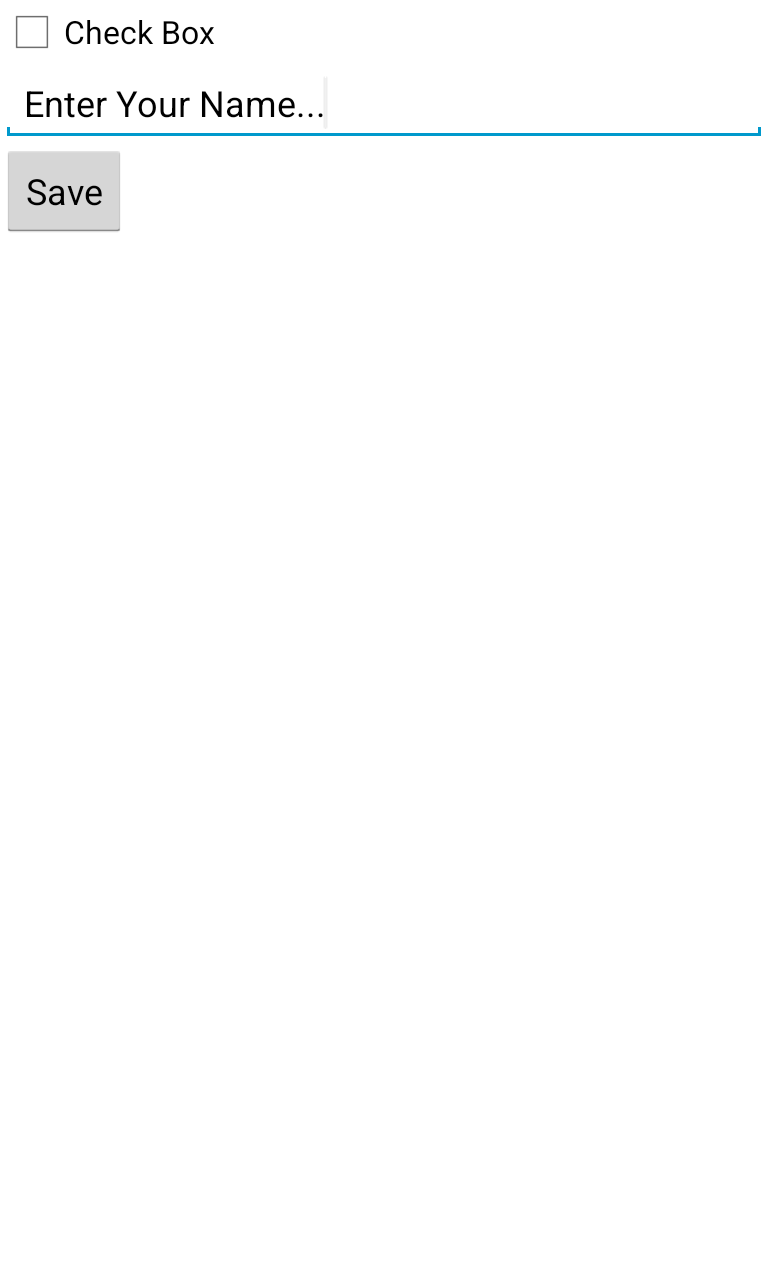
Repository: patheon17/myrepo2
Layout: workspace/UMBusTracker/res/layout/activity_set_plate_num.xml
An editor plug-in stored every save of this project. The layout is shown before and after the next save, followed by the edit.
It is drawn on a 768 x 1280 px phone screen (xhdpi) without system bars, with theme AppTheme; the app's code is not run.

Above is the layout before, as saved 2013-09-29 14:33:29.

### workspace/UMBusTracker/res/layout/activity_set_plate_num.xml
<LinearLayout xmlns:android="http://schemas.android.com/apk/res/android"
    xmlns:tools="http://schemas.android.com/tools"
    android:layout_width="match_parent"
    android:layout_height="match_parent"
    android:orientation="vertical"
    tools:context=".MainActivity" >

    <CheckBox
        android:id="@+id/checkBox1"
        android:layout_width="wrap_content"
        android:layout_height="wrap_content"
        android:text="Check Box" />

    <EditText
        android:id="@+id/editText1"
        android:layout_width="match_parent"
        android:layout_height="wrap_content"
        android:text="Enter Your Name...">

        <requestFocus />
    </EditText>

    <Button
        android:id="@+id/button1"
        android:layout_width="wrap_content"
        android:layout_height="wrap_content"
        android:text="Save" />

</LinearLayout>

### workspace/UMBusTracker/res/values/styles.xml
<resources>

    <!--
        Base application theme, dependent on API level. This theme is replaced
        by AppBaseTheme from res/values-vXX/styles.xml on newer devices.
    -->
    <style name="AppBaseTheme" parent="android:Theme.Light">
        <!--
            Theme customizations available in newer API levels can go in
            res/values-vXX/styles.xml, while customizations related to
            backward-compatibility can go here.
        -->
    </style>

    <!-- Application theme. -->
    <style name="AppTheme" parent="AppBaseTheme">
        <!-- All customizations that are NOT specific to a particular API-level can go here. -->
    </style>
    <color name="appbackground">#BCF5A9</color>

</resources>

Loaded but not shown: workspace/UMBusTracker/res/values-v11/styles.xml (common file); workspace/UMBusTracker/res/values-v14/styles.xml (common file)

After the next save:
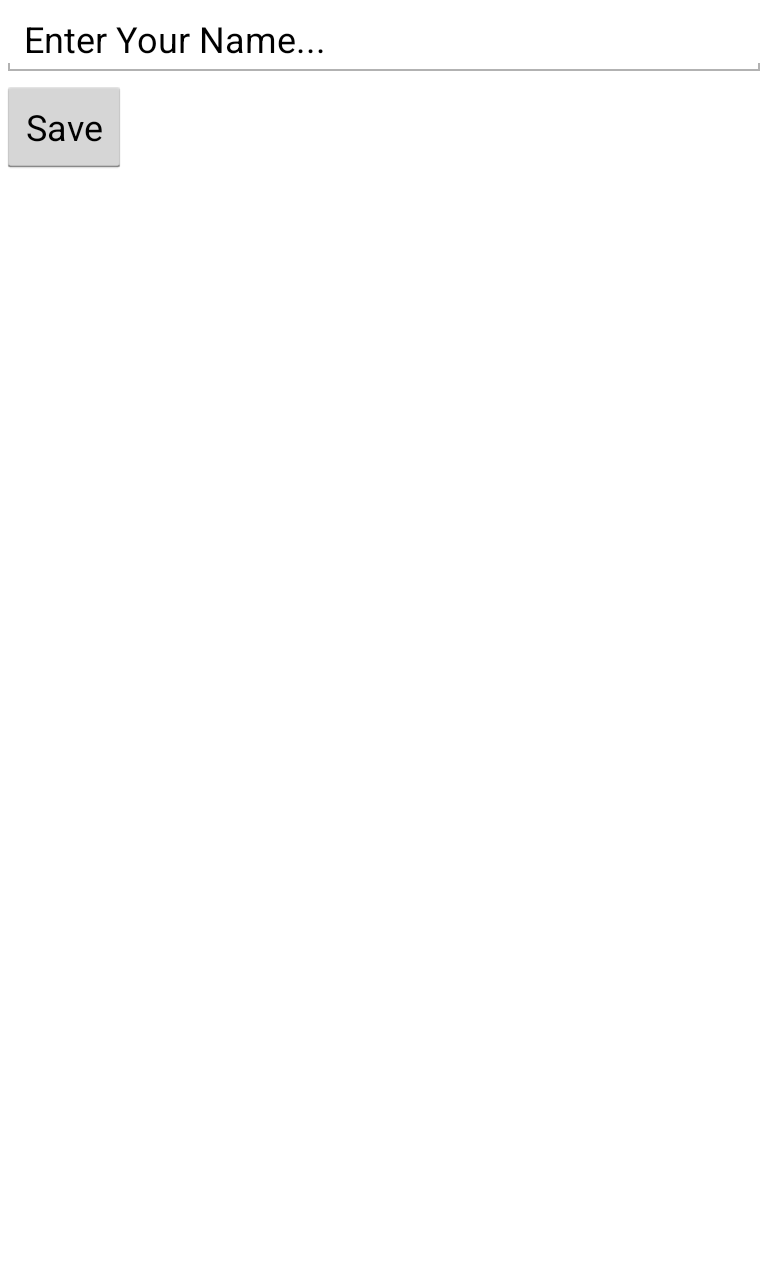
Saved 2 min 6 s later.
--- a/workspace/UMBusTracker/res/layout/activity_set_plate_num.xml
+++ b/workspace/UMBusTracker/res/layout/activity_set_plate_num.xml
@@ -5,20 +5,12 @@
     android:orientation="vertical"
     tools:context=".MainActivity" >
 
-    <CheckBox
-        android:id="@+id/checkBox1"
-        android:layout_width="wrap_content"
-        android:layout_height="wrap_content"
-        android:text="Check Box" />
-
     <EditText
         android:id="@+id/editText1"
         android:layout_width="match_parent"
         android:layout_height="wrap_content"
-        android:text="Enter Your Name...">
-
-        <requestFocus />
-    </EditText>
+        android:ems="10"
+        android:text="Enter Your Name..." />
 
     <Button
         android:id="@+id/button1"
